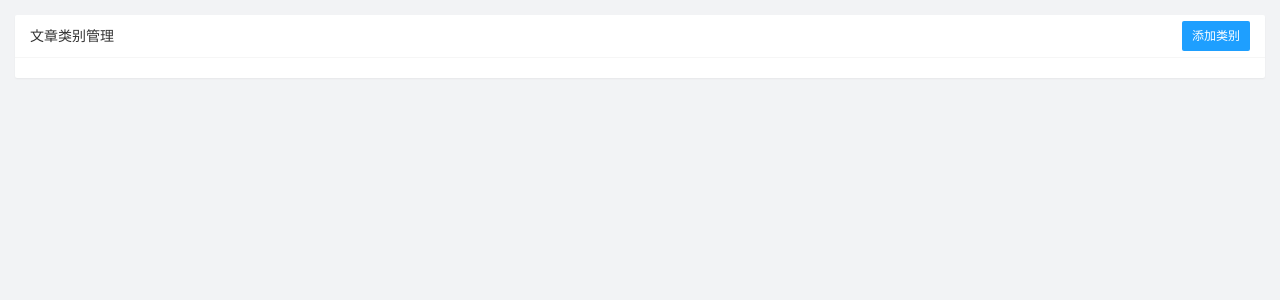
Repository: Janshen111/web_bigevent
Page: article/art_cate.html
An editor plug-in stored every save of this project. The page is shown before and after the next save, followed by the edit.
The browser window is 1280 px wide. The pictures show the whole page.

Above is the page before, as saved 2022-09-01 14:16:51.

### article/art_cate.html
<!DOCTYPE html>
<html lang="en">

<head>
    <meta charset="UTF-8">
    <meta http-equiv="X-UA-Compatible" content="IE=edge">
    <meta name="viewport" content="width=device-width, initial-scale=1.0">
    <title>Document</title>
    <link rel="stylesheet" href="/assets/lib/layui/css/layui.css">
    <link rel="stylesheet" href="/assets/css/article/art_cate.css">
</head>

<body>
    <!-- 卡片面板 -->
    <div class="layui-card">
        <div class="layui-card-header">
            <span>文章类别管理</span>
            <button type="button" class="layui-btn layui-btn-normal  layui-btn-sm">添加类别</button>
        </div>
        <div class="layui-card-body">

        </div>
    </div>

</body>

</html>

### assets/css/article/art_cate.css
html,
body {
    margin: 0;
    padding: 0;
}

body {
    padding: 15px;
    background-color: #f2f3f5;
}

.layui-card-header {
    display: flex;
    justify-content: space-between;
    align-items: center;
}

Loaded but not shown: assets/lib/layui/css/layui.css (library)

After the next save:
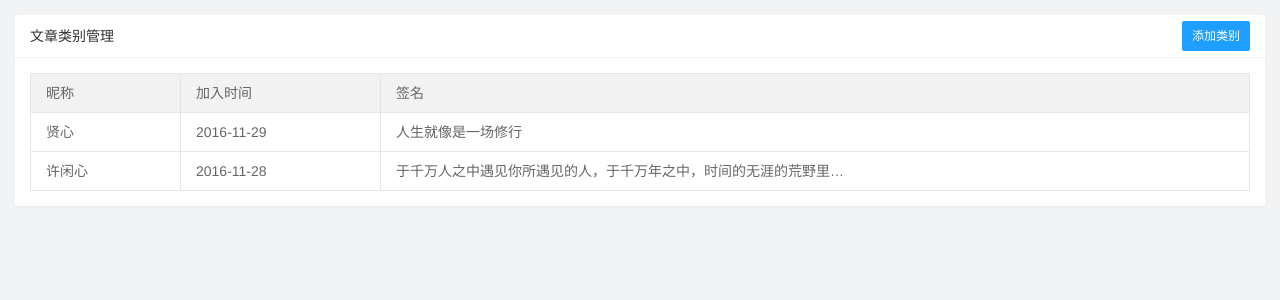
Saved 49 s later.
--- a/article/art_cate.html
+++ b/article/art_cate.html
@@ -18,7 +18,32 @@
             <button type="button" class="layui-btn layui-btn-normal  layui-btn-sm">添加类别</button>
         </div>
         <div class="layui-card-body">
-
+            <table class="layui-table">
+                <colgroup>
+                    <col width="150">
+                    <col width="200">
+                    <col>
+                </colgroup>
+                <thead>
+                    <tr>
+                        <th>昵称</th>
+                        <th>加入时间</th>
+                        <th>签名</th>
+                    </tr>
+                </thead>
+                <tbody>
+                    <tr>
+                        <td>贤心</td>
+                        <td>2016-11-29</td>
+                        <td>人生就像是一场修行</td>
+                    </tr>
+                    <tr>
+                        <td>许闲心</td>
+                        <td>2016-11-28</td>
+                        <td>于千万人之中遇见你所遇见的人，于千万年之中，时间的无涯的荒野里…</td>
+                    </tr>
+                </tbody>
+            </table>
         </div>
     </div>
 
